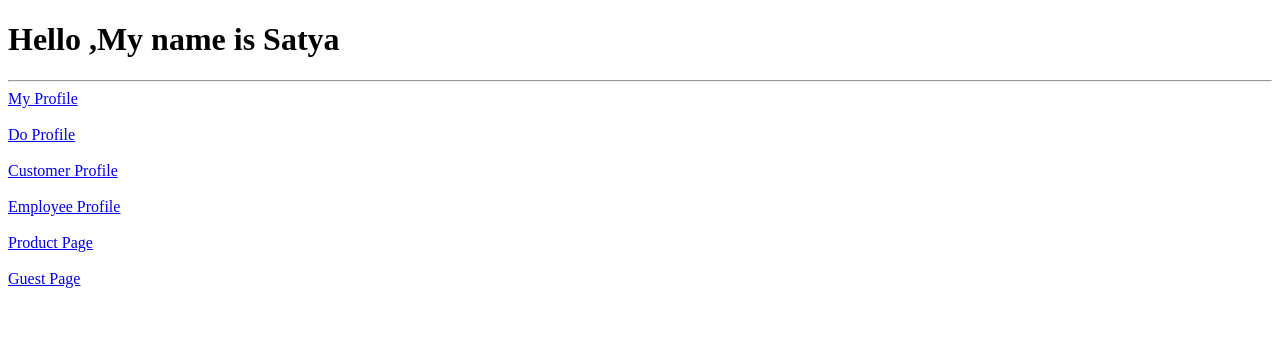
Repository: theplaygod97/Deloitte
Page: Day 16/SpringMVCDemo1/WebContent/index.html
These files come from the project's save history. The page is drawn as it stood at one moment and after the next save; the edit follows.
The browser window is 1280 px wide. The pictures show the whole page.

Above is the page before, as saved 2020-01-13 09:50:47.

### Day 16/SpringMVCDemo1/WebContent/index.html
<!DOCTYPE html>
<html>
<head>
<meta charset="ISO-8859-1">
<title>Insert title here</title>
</head>
<body>
<h1>Hello ,My name is Satya</h1>
<hr>
<a href="profile.html">My Profile</a>
<br/><br/>
<a href="doprofile.do">Do Profile</a>
<br/><br/>
<a href="customer.do">Customer Profile</a>
<br/><br/>
<a href="employee.do">Employee Profile</a>
<br/><br/>
<a href="product.do">Product Page</a>
<br/><br/>
<a href="Guest.do">Guest Page</a>
</body>
</html>

After the next save:
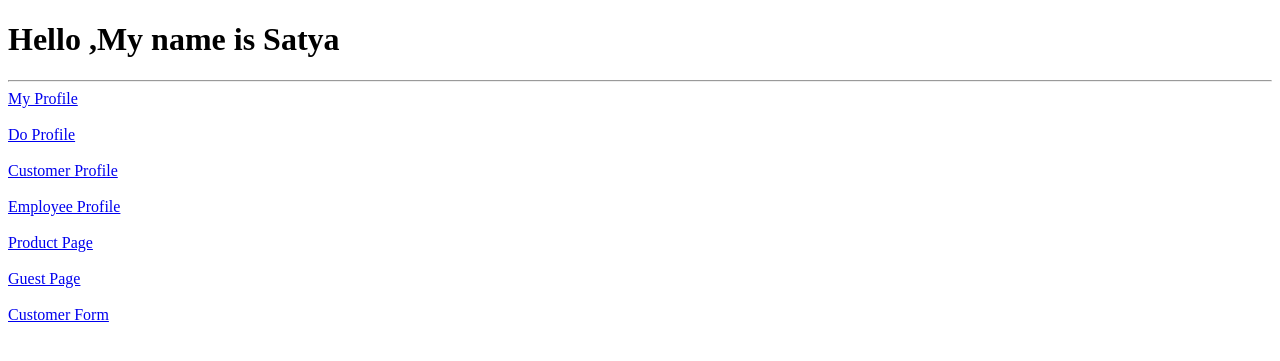
Saved 63 s later.
--- a/Day 16/SpringMVCDemo1/WebContent/index.html
+++ b/Day 16/SpringMVCDemo1/WebContent/index.html
@@ -18,5 +18,7 @@
 <a href="product.do">Product Page</a>
 <br/><br/>
 <a href="Guest.do">Guest Page</a>
+<br/><br/>
+<a href="Customer Form.html">Customer Form</a>
 </body>
 </html>
